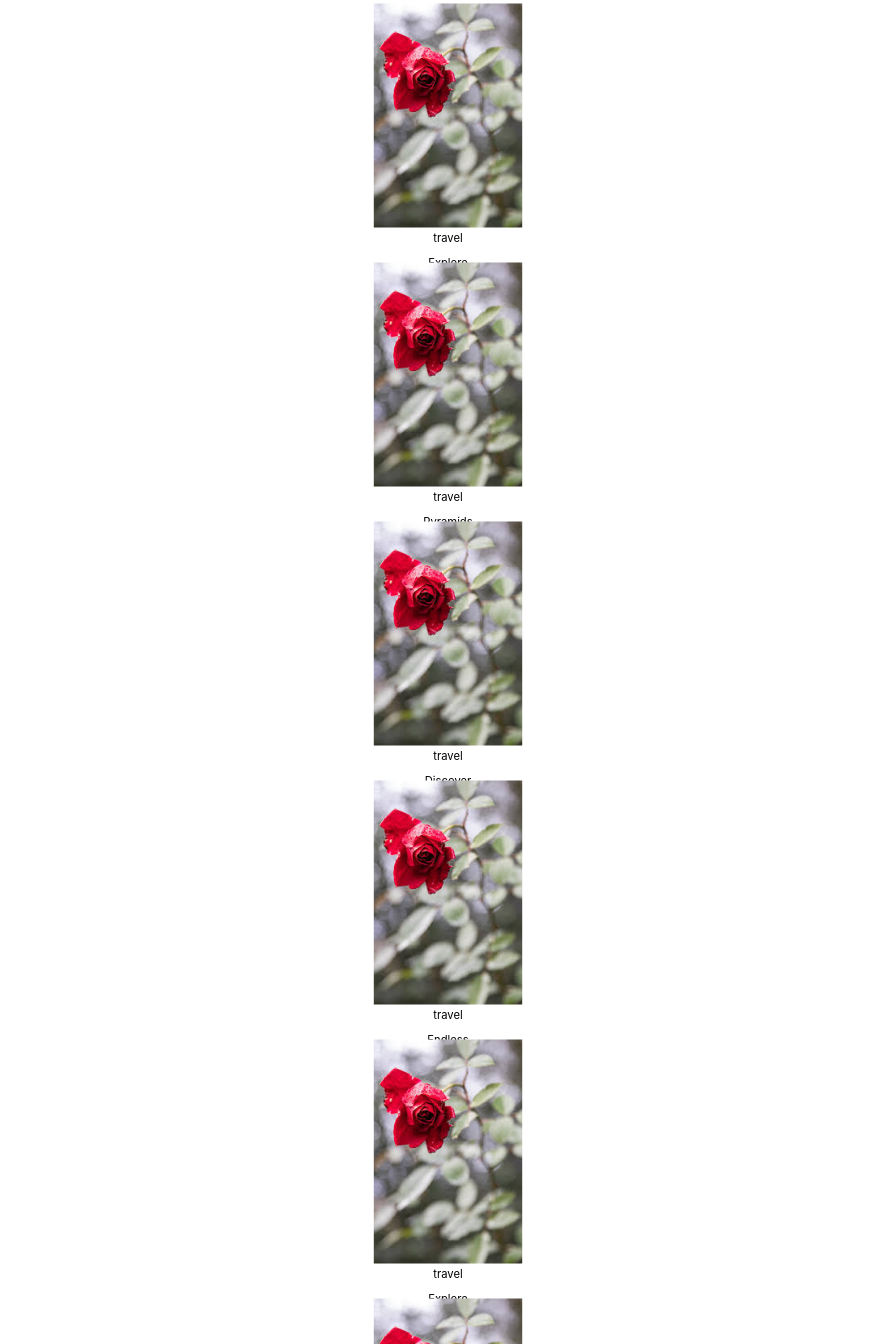
Repository: vakharia5/Preview
Page: /
These files come from the project's save history. The page is drawn as it stood at one moment and after the next save; the edit follows.
The browser window is 1280 px wide. The pictures show the part of the page from y = 0 to 1920 px (the page is 2975 px tall before and 2960 px after), at 70% of full size.
The project was rebuilt for these pictures with package versions that can differ from the ones it lists, and the page was loaded fresh each time.

Above is the page before, as saved 2020-06-22 15:01:00.

### src/App.js
import React from 'react';
import logo from './logo.svg';
import './App.css';
import CardList from './components/CardList';
import './assets/css/Style.css';

function App() {
  return (
    <div className="App">

    <CardList/>


    </div>
  );
}

export default App;

### src/components/CardList.js
import React, { Component } from 'react'
import {Card,Container,Row,Col} from 'react-bootstrap';
import img from '../assets/Images/download.jpg';
import Data from '../assets/data.json';

class CardList extends Component {
    render() {
        return (
   <div>
   <Container>
   <Row sm={1} md={2} lg={4}>
    {console.log(Data)}
    { Data.map(data => <Card  border="light" >
      <Card.Img src={img} alt="Card image" className = "cardImage shadow-box-example hoverable" />
      <Card.ImgOverlay>
        <Card.Title>{data.title}</Card.Title>
        <Card.Text>
        {data.name}
        </Card.Text>
      </Card.ImgOverlay>
    </Card>)

}

</Row>
</Container>
      </div>
        )
        }
}
export default CardList

### src/assets/css/Style.css

.card{
    height: 20rem;
    padding: 5px;
    margin-bottom: 40px;
    /* box-shadow: 0 4px 8px 0 rgba(0, 0, 0, 0.2), 0 6px 20px 0 rgba(0, 0, 0, 0.19); */
}

.cardImage {
    height: 20rem;

}

### src/assets/data.json
[
    {
        "id": 1,
        "title" : "travel",
        "name": "Explore",
        "image": ""
    },
   {
        "id": 2,
        "title" : "travel",
        "name": "Pyramids",
        "image": ""
    },
    {
        "id": 3,
        "title" : "travel",
        "name": "Discover",
        "image": ""
    },
    {
        "id": 4,
        "title" : "travel",
        "name": "Endless",
        "image": ""
    },
     {
        "id": 5,
        "title" : "travel",
        "name": "Explore",
        "image": ""
    },
    {
        "id": 6,
        "title" : "travel",
        "name": "Pyramids",
        "image": ""

    },
    {
        "id": 7,
        "title" : "travel",
        "name": "Discover",
        "image": ""

    },
    {
        "id": 8,
        "title" : "travel",
        "name": "Endless",
        "image": ""
    }

]

Loaded but not shown: src/index.js (common file); src/index.css (common file); src/serviceWorker.js (common file); src/App.css (common file)

After the next save:
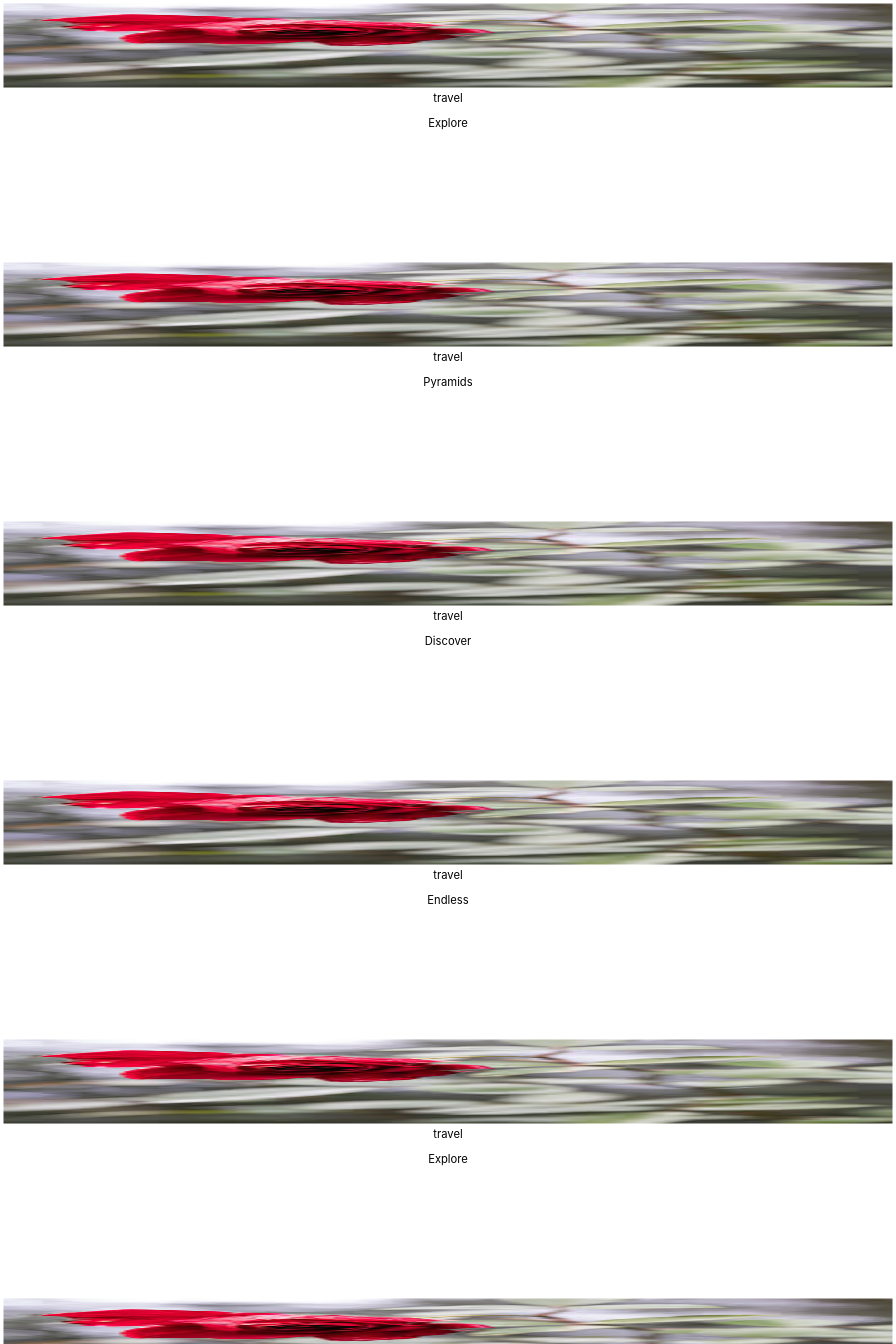
Saved 20 s later.
--- a/src/assets/css/Style.css
+++ b/src/assets/css/Style.css
@@ -10,3 +10,9 @@
     height: 20rem;
 
 }
+
+.shadow-box-example {
+    height: 120px;
+    width: 100%;
+    background-color: #64b5f6;
+  }

After the 2 saves that followed:
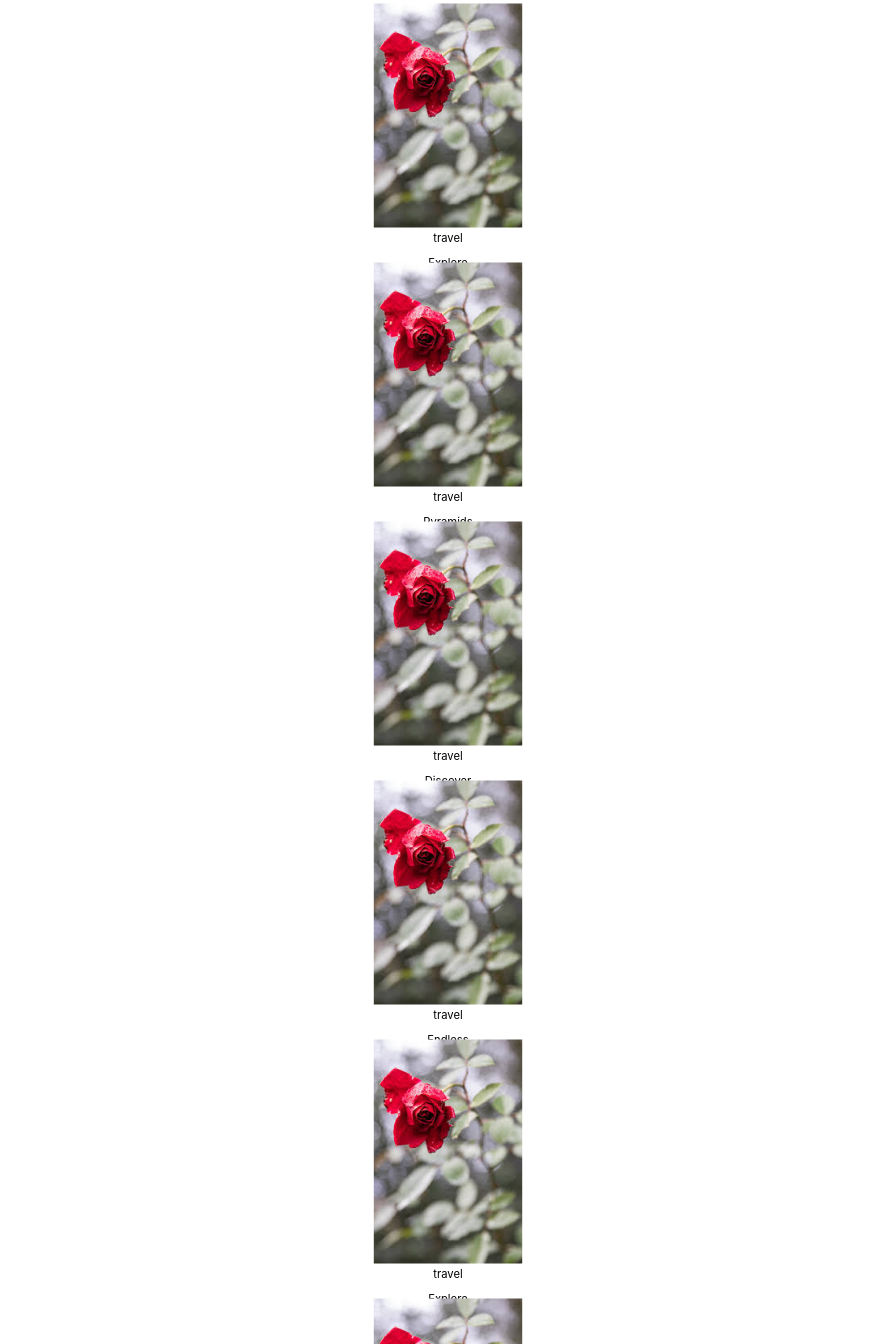
The 2 saves are shown as one change because 1 left the picture as it was.
The last was saved 30 s later.
--- a/src/components/CardList.js
+++ b/src/components/CardList.js
@@ -11,7 +11,7 @@ class CardList extends Component {
    <Row sm={1} md={2} lg={4}>
     {console.log(Data)}
     { Data.map(data => <Card  border="light" >
-      <Card.Img src={img} alt="Card image" className = "cardImage shadow-box-example hoverable" />
+      <Card.Img src={img} alt="Card image" className = "cardImage shadow-box-example " />
       <Card.ImgOverlay>
         <Card.Title>{data.title}</Card.Title>
         <Card.Text>
--- a/src/assets/css/Style.css
+++ b/src/assets/css/Style.css
@@ -12,7 +12,5 @@
 }
 
 .shadow-box-example {
-    height: 120px;
-    width: 100%;
     background-color: #64b5f6;
   }
